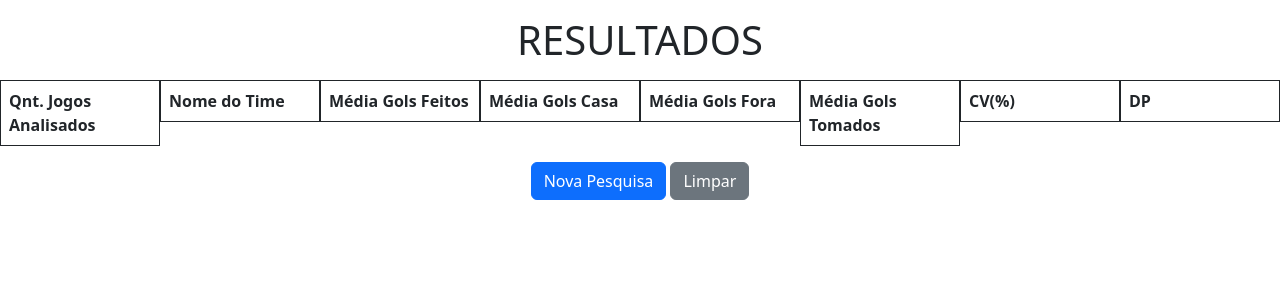
Repository: ricardodamaceno/Coeficiente-de-Variacao-de-Gols
Page: http://localhost/resposta
An editor plug-in stored every save of this project. The page is shown before and after the next save, followed by the edit.
The browser window is 1280 px wide. The pictures show the whole page.
The page is this project's Thymeleaf template; nobody is signed in. The template is opened directly, without the code that normally fills it, so the values that code supplies are empty.

Above is the page before, as saved 2022-09-29 19:58:21.

### aposta-tozo/src/main/resources/templates/resposta.html
<!DOCTYPE html>
<html xmlns:th="http://www.thymeleaf.org">
<head>
<meta name="viewport"
	content="width = device-width, initial-scale = 1, shrink-to-fit = no">
<!-- CSS only -->
<link
	href="https://cdn.jsdelivr.net/npm/bootstrap@5.2.1/dist/css/bootstrap.min.css"
	rel="stylesheet"
	integrity="sha384-iYQeCzEYFbKjA/T2uDLTpkwGzCiq6soy8tYaI1GyVh/UjpbCx/TYkiZhlZB6+fzT"
	crossorigin="anonymous">
<title>Apostas Esportivas</title>
<style>
.flex {
	display: flex;
}

.space-between {
	justify-content: space-between;
}

[data-tooltip] {
	position: relative;
	font-weight: bold;
}

[data-tooltip]:after {
	display: none;
	position: absolute;
	padding: 5px;
	border-radius: 3px;
	bottom: calc(100% + 2px);
	content: attr(data-tooltip);
	white-space: wrap;
	background-color: #0095ff;
	color: White;
}

[data-tooltip]:hover:after {
	display: block;
}
</style>
</head>

<body>

	<h1 class="text-center mb-3 mt-3">RESULTADOS</h1>
	<div class="flex">
		<table
			class="table table-striped table-hover table-bordered border-dark p-2 flex-fill">
			<thead>
				<tr>
					<th scope="col">Qnt. Jogos Analisados</th>
				</tr>
			</thead>
			<tbody>
				<tr data-th-each="qnt : ${jogosAnalisados}">
					<td data-th-text="${qnt.jogosAnalisados}"></td>
				</tr>
			</tbody>
		</table>
		<table
			class="table table-striped table-hover table-bordered border-dark p-2 flex-fill">
			<thead>
				<tr>
					<th scope="col">Nome do Time</th>
				</tr>
			</thead>
			<tbody>
				<tr data-th-each="time : ${pesqTimes}">
					<td data-th-text="${time.nomeTime}"></td>
				</tr>
			</tbody>
		</table>
		<table
			class="table table-striped table-hover table-bordered border-dark">
			<thead>
				<tr>
					<th scope="col">Média Gols Feitos</th>
				</tr>
			</thead>
			<tbody>
				<tr data-th-each="med : ${media}">
					<td data-th-text="${med.mediaGol}"></td>
				</tr>
			</tbody>
		</table>
		<table
			class="table table-striped table-hover table-bordered border-dark">
			<thead>
				<tr>
					<th scope="col">Média Gols Casa</th>
				</tr>
			</thead>
			<tbody>
				<tr data-th-each="medcasa : ${mediaGolCasa}">
					<td data-th-text="${medcasa.mediaGolCasa}"></td>
				</tr>
			</tbody>
		</table>
		<table
			class="table table-striped table-hover table-bordered border-dark">
			<thead>
				<tr>
					<th scope="col">Média Gols Fora</th>
				</tr>
			</thead>
			<tbody>
				<tr data-th-each="medfora : ${mediaGolFora}">
					<td data-th-text="${medfora.mediaGolFora}"></td>
				</tr>
			</tbody>
		</table>
		<table
			class="table table-striped table-hover table-bordered border-dark">
			<thead>
				<tr>
					<th scope="col">Média Gols Tomados</th>
				</tr>
			</thead>
			<tbody>
				<tr data-th-each="medContra : ${mediaTomados}">
					<td data-th-text="${medContra.mediaGolsTomados}"></td>
				</tr>
			</tbody>
		</table>
		<table
			class="table table-striped table-hover table-bordered border-dark">
			<thead>
				<tr>
					<th scope="col"
						data-tooltip="Coeficiente de Variação dos Gols Feitos">CV(%)</th>
				</tr>
			</thead>
			<tbody>
				<tr data-th-each="coeVar : ${cv}">
					<td data-th-text="${coeVar.coeficienteDeVariacao} + '%'"></td>
				</tr>
			</tbody>
		</table>
		<table
			class="table table-striped table-hover table-bordered border-dark">
			<thead>
				<tr>
					<th scope="col" data-tooltip="Desvio Padrão dos Gols Feitos">DP</th>
				</tr>
			</thead>
			<tbody>
				<tr data-th-each="desvioPadrao : ${desvio}">
					<td data-th-text="${desvioPadrao.desvioPadrao} + ' gols'"></td>
				</tr>
			</tbody>
		</table>

	</div>
	<div class="d-grid gap-2 d-md-flex justify-content-md-center">
		<form method="post" action="/add">
			<!-- <button type="submit" class="btn btn-primary">Voltar</button> -->
			<a href="/add" class="btn btn-primary" tabindex="-1" role="button"
				aria-disabled="true">Nova Pesquisa</a> <a href="/voltar"
				class="btn btn-secondary" tabindex="-1" role="button"
				aria-disabled="true">Limpar</a>
		</form>
	</div>
</body>
</html>

After the next save:
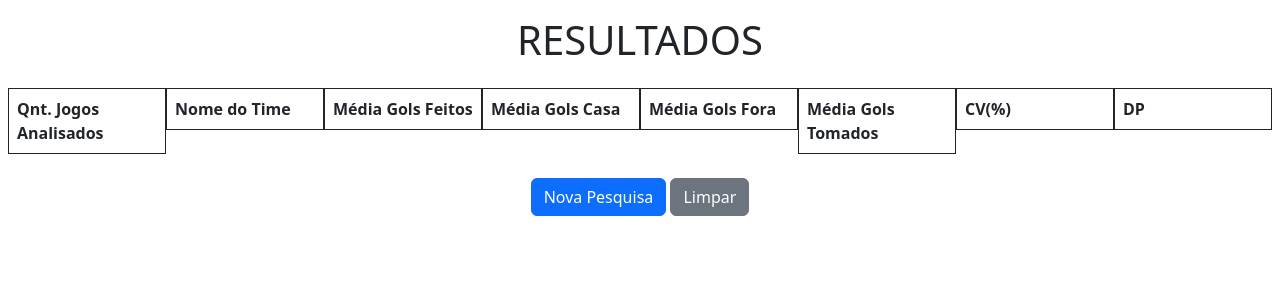
Saved 11 s later.
--- a/aposta-tozo/src/main/resources/templates/resposta.html
+++ b/aposta-tozo/src/main/resources/templates/resposta.html
@@ -45,9 +45,9 @@
 <body>
 
 	<h1 class="text-center mb-3 mt-3">RESULTADOS</h1>
-	<div class="flex">
+	<div class="flex p-2 flex-fill">
 		<table
-			class="table table-striped table-hover table-bordered border-dark p-2 flex-fill">
+			class="table table-striped table-hover table-bordered border-dark">
 			<thead>
 				<tr>
 					<th scope="col">Qnt. Jogos Analisados</th>
@@ -60,7 +60,7 @@
 			</tbody>
 		</table>
 		<table
-			class="table table-striped table-hover table-bordered border-dark p-2 flex-fill">
+			class="table table-striped table-hover table-bordered border-dark">
 			<thead>
 				<tr>
 					<th scope="col">Nome do Time</th>
